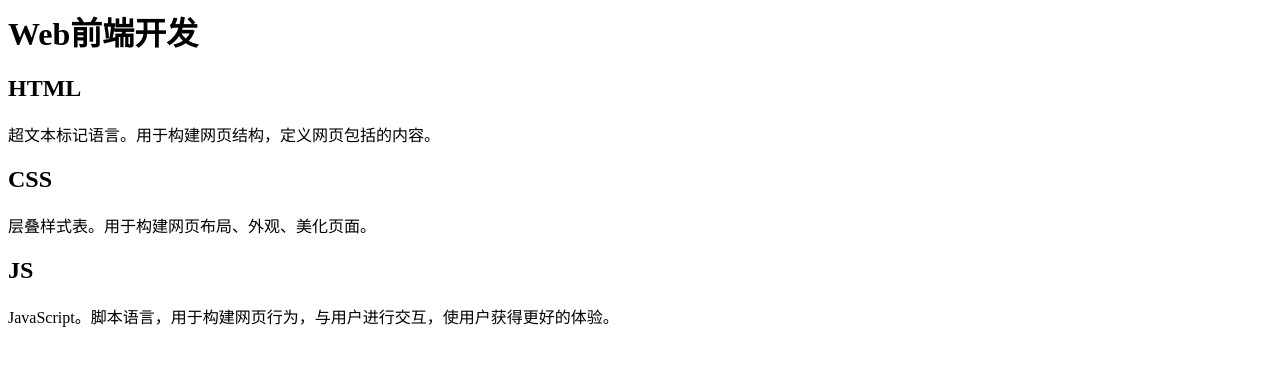
Repository: kankda11/WebProject1
Page: index.html
An editor plug-in stored every save of this project. The page is shown before and after a run of saves, followed by the edit.
The browser window is 1280 px wide. The pictures show the whole page.

Above is the page before, as saved 2020-07-10 16:07:50.

### index.html
<html>
  <head>
    <meta charset="UTF-8" />
    <title>Web前端开发</title>
  </head>
  <body>
    <h1>Web前端开发</h1>
    <h2>HTML</h2>
    <p>超文本标记语言。用于构建网页结构，定义网页包括的内容。</p>
    <h2>CSS</h2>
    <p>层叠样式表。用于构建网页布局、外观、美化页面。</p>
    <h2>JS</h2>
    <p>
      JavaScript。脚本语言，用于构建网页行为，与用户进行交互，使用户获得更好的体验。
    </p>
  </body>
</html>

After the next 3 saves:
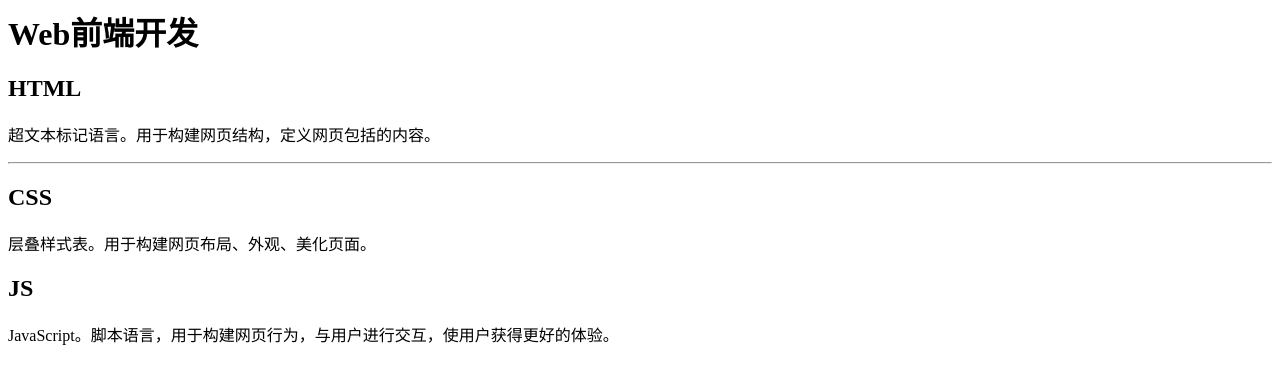
The 3 saves are shown as one change because they came seconds apart.
The last was saved 22 s later.
--- a/index.html
+++ b/index.html
@@ -7,6 +7,7 @@
     <h1>Web前端开发</h1>
     <h2>HTML</h2>
     <p>超文本标记语言。用于构建网页结构，定义网页包括的内容。</p>
+    <hr \>
     <h2>CSS</h2>
     <p>层叠样式表。用于构建网页布局、外观、美化页面。</p>
     <h2>JS</h2>
